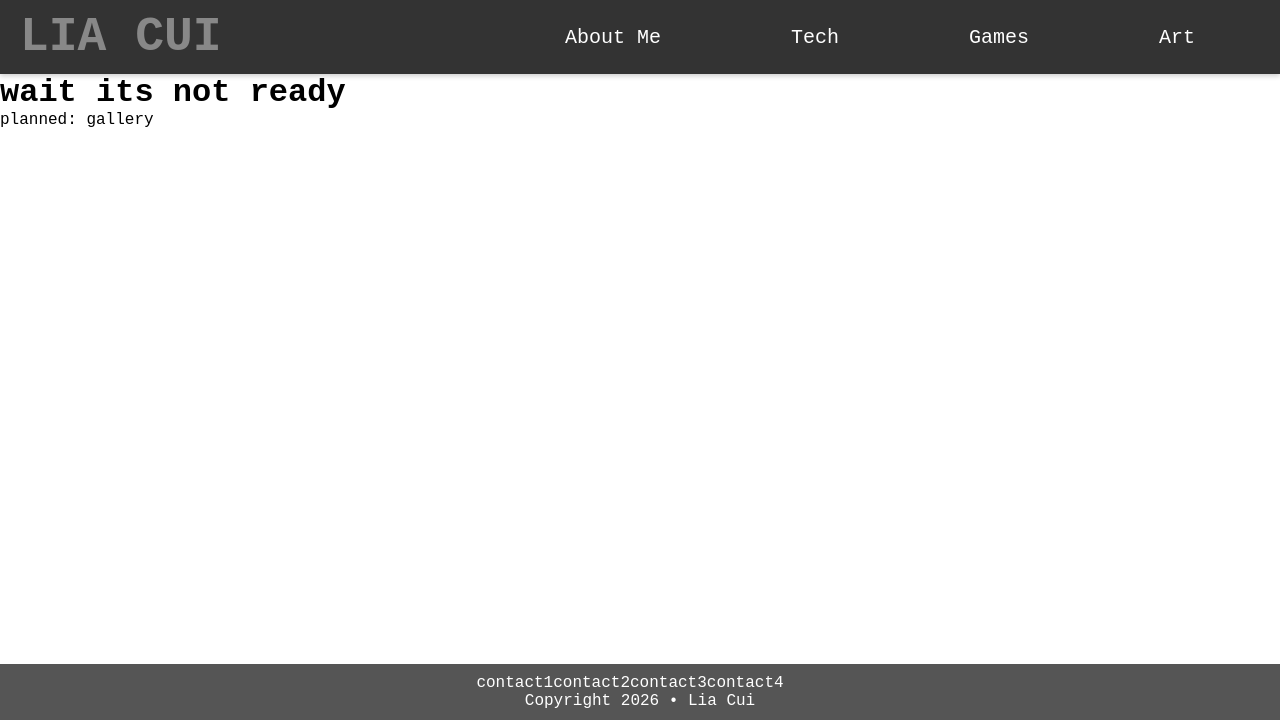
Repository: ljcui1/Lia-Cui-Portfolio
Page: subpages/art_index.html
These files come from the project's save history. The page is drawn as it stood at one moment and after the next save; the edit follows.
The browser window is 1280 px wide. The pictures show the whole page.

Above is the page before, as saved 2026-01-15 12:04:54.

After the next save:
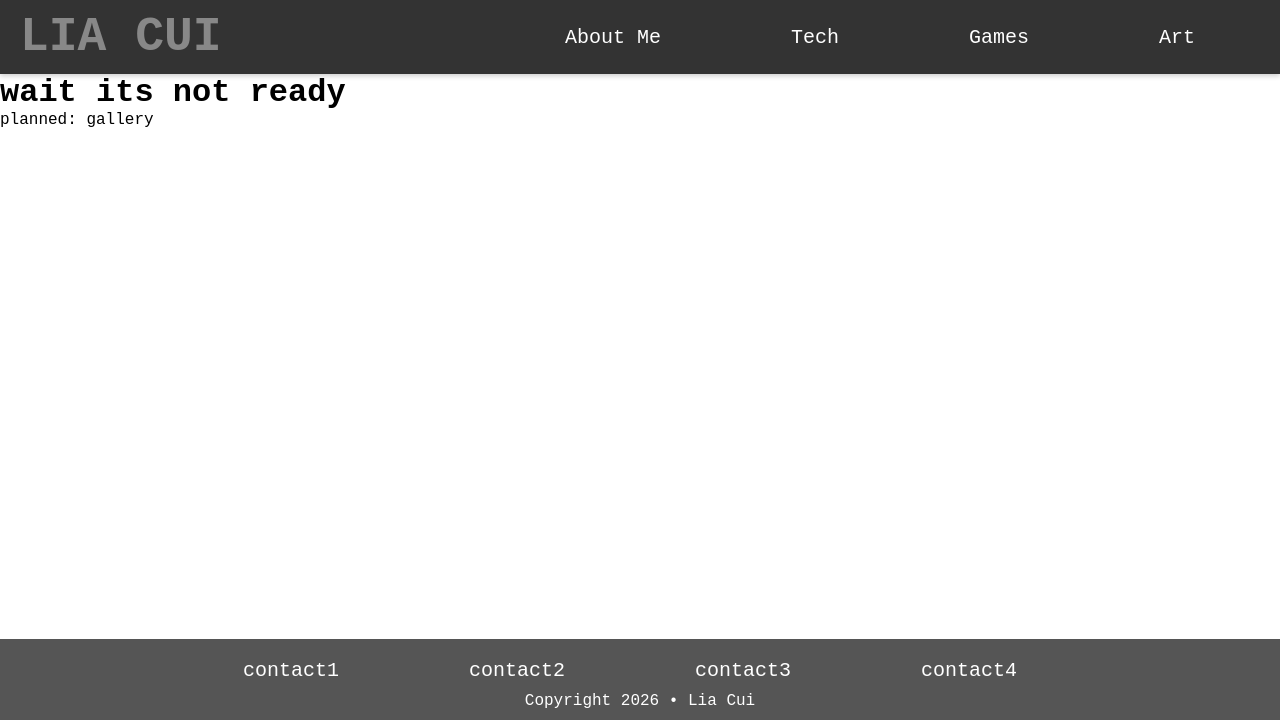
Saved 9 s later.
--- a/style.css
+++ b/style.css
@@ -85,7 +85,7 @@
     padding-right: 20px;
 }
 
-#contact ul li a { /*specifically styling the unordered list item links in the contact links*/
+#contact ul li { /*specifically styling the unordered list item links in the contact links*/
     color: white;
     text-decoration: none;
     font-size: 20px;
